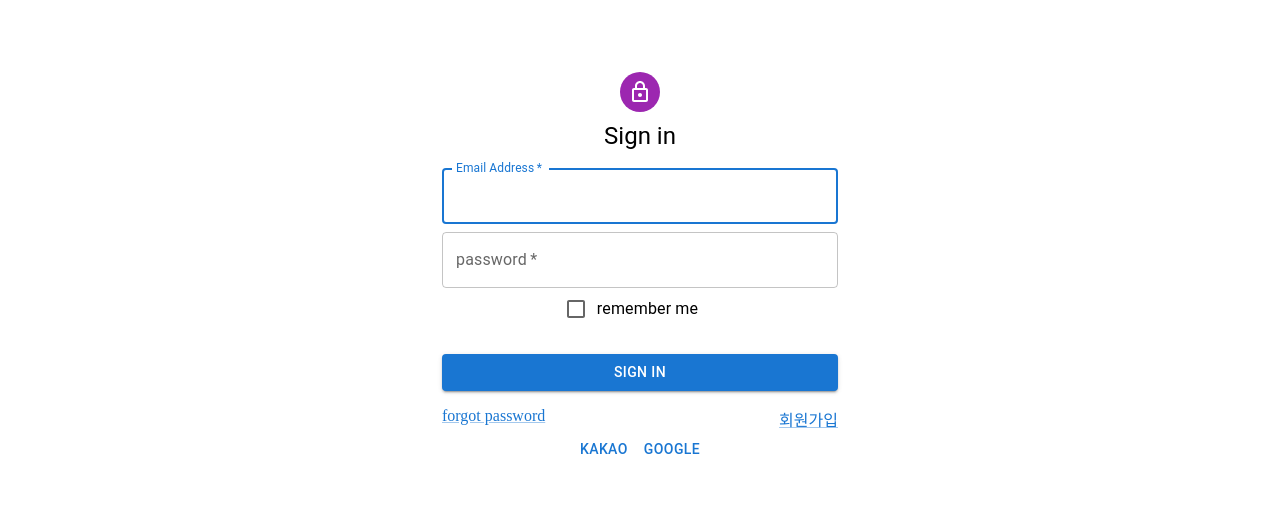
Repository: chlwpdnswku/nextjsportpolioclone
Page: /
These files come from the project's save history. The page is drawn as it stood at one moment and after the next save; the edit follows.
The browser window is 1280 px wide. The pictures show the whole page.
The project was rebuilt for these pictures with package versions that can differ from the ones it lists, and the page was loaded fresh each time. The framework's server and built-in components were replaced by stand-ins that run in the browser. Also part of the build but not shown: next.config.js.

Above is the page before, as saved 2022-08-06 16:00:23.

After the next save:
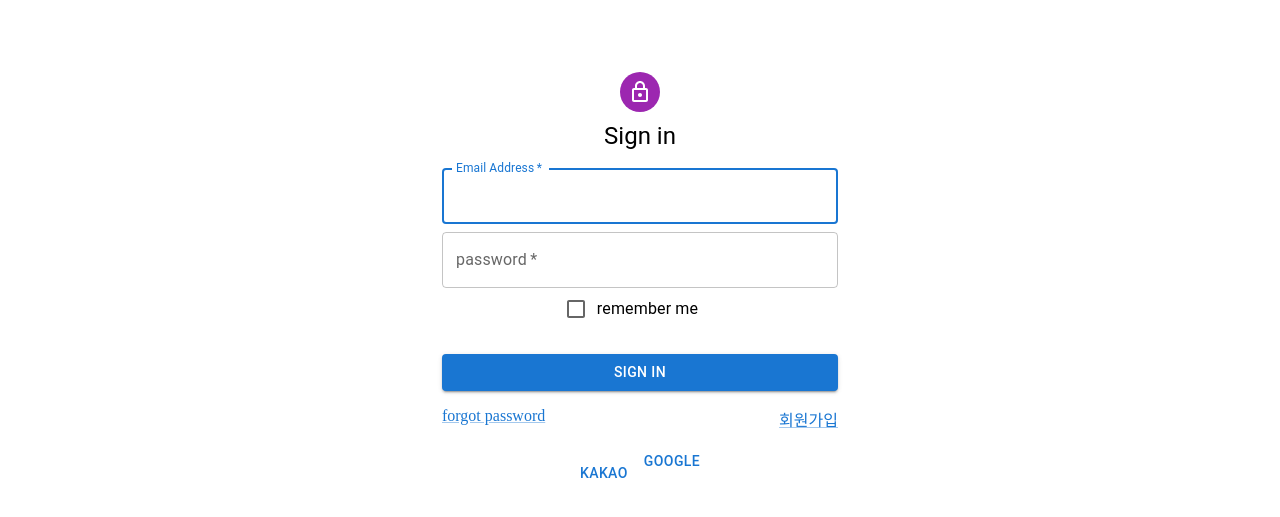
Saved 23 s later.
--- a/component/login.tsx
+++ b/component/login.tsx
@@ -84,7 +84,7 @@ const Home: NextPage = () => {
         </Grid>
         <Grid>
           {' '}
-          <Button>Kakao</Button>
+          <Button sx={{ mt: 3 }}>Kakao</Button>
           <Button>google</Button>
         </Grid>
       </Box>
